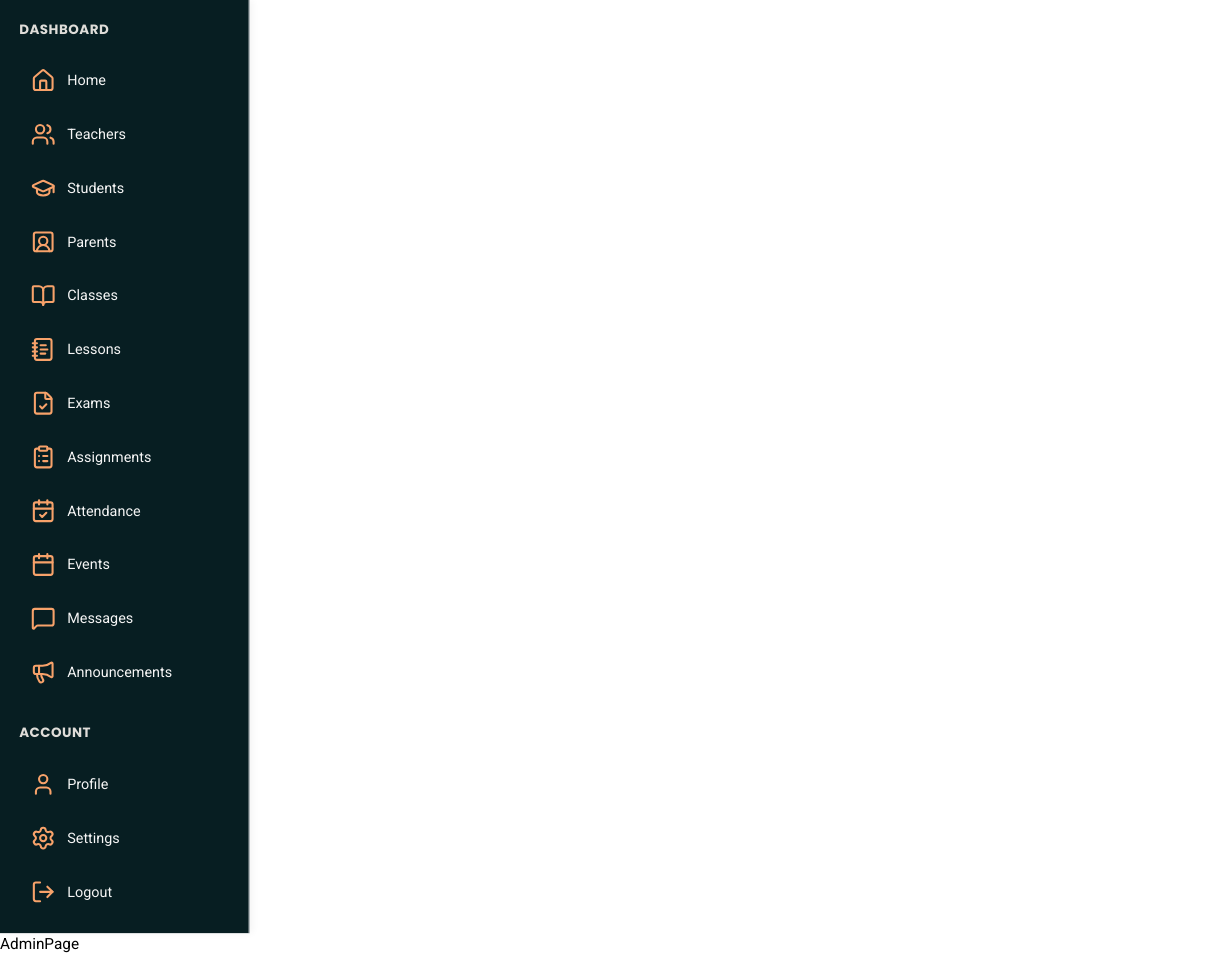
Repository: GlorifiedIntel/student-portal
Page: /admin
An editor plug-in stored every save of this project. The page is shown before and after the next save, followed by the edit.
The browser window is 1280 px wide. The pictures show the whole page, at 96% of full size.
The project was rebuilt for these pictures with package versions that can differ from the ones it lists, and the page was loaded fresh each time. The framework's server and built-in components were replaced by stand-ins that run in the browser. Also part of the build but not shown: next.config.mjs, src/app/(dashboard)/Layout.module.css.

Above is the page before, as saved 2025-08-21 14:07:47.

After the next save:
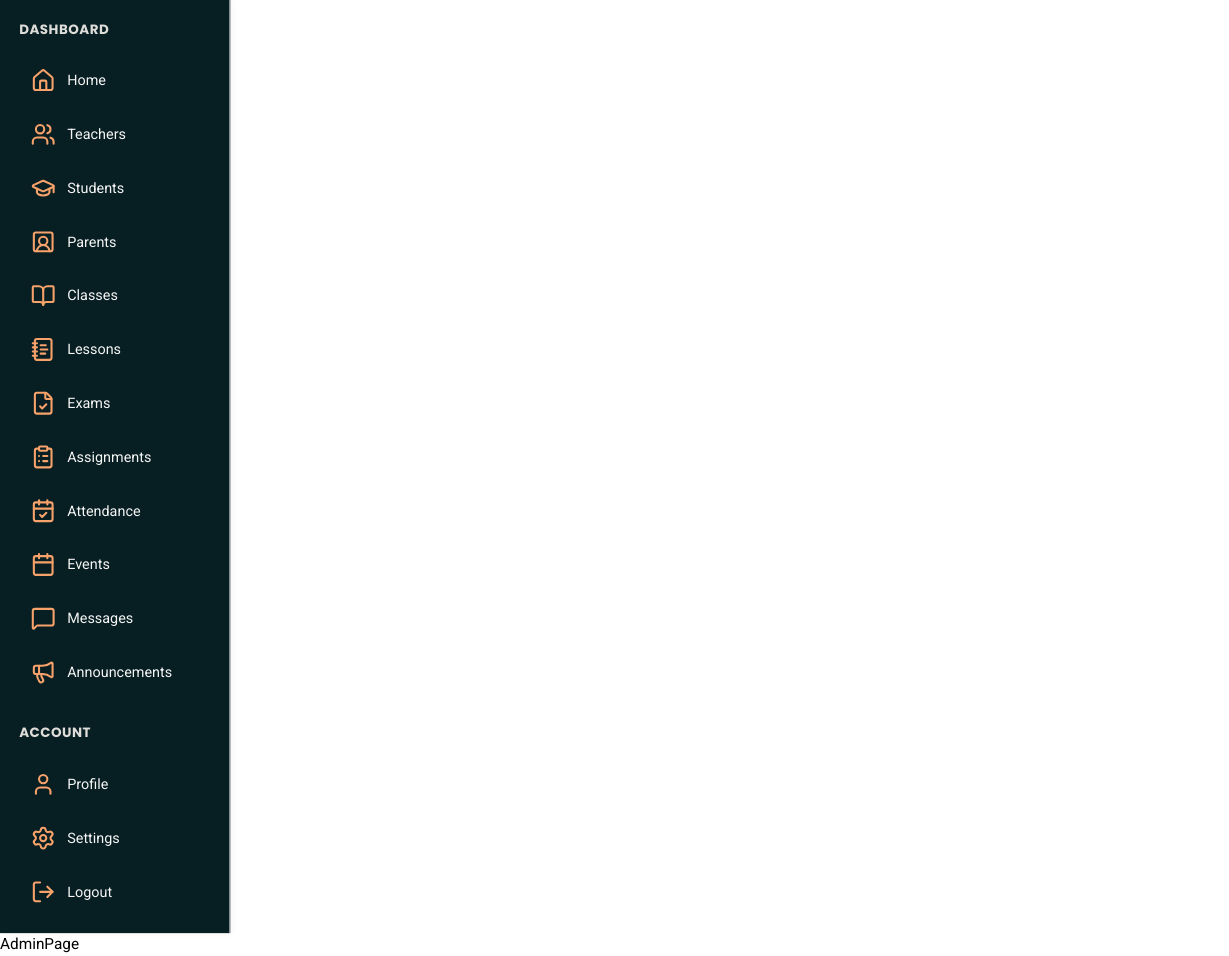
Saved 15 min 15 s later.
--- a/src/components/Menu.module.css
+++ b/src/components/Menu.module.css
@@ -1,5 +1,5 @@
 .menu {
-  width: 260px;
+  width: 240px;
   background-color: #071E22;
   border-right: 1px solid #e5e7eb;
   padding: 20px;
